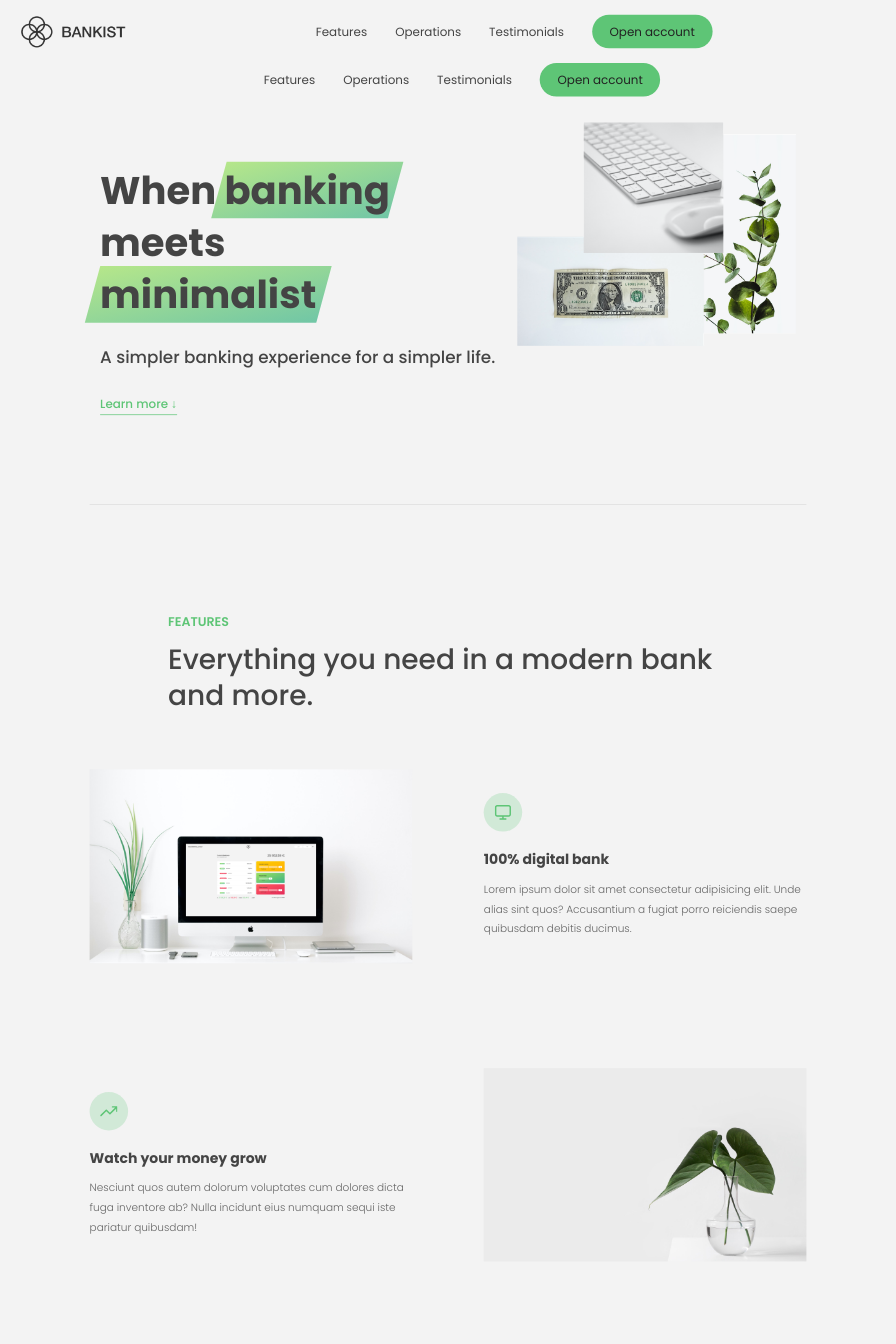
Repository: nptg3105/Bankist
Page: index.html
The author's editor kept a copy of each file at every save. The page is drawn from the files as they stood at one save, then again after the next save.
The browser window is 1280 px wide. The pictures show the part of the page from y = 0 to 1920 px (the page is 5090 px tall), at 70% of full size.
Some web libraries are served in a nearby version.

Above is the page before, as saved 2022-06-02 16:26:44.

### index.html
<!DOCTYPE html>
<html lang="en">
  <head>
    <meta charset="UTF-8" />
    <meta name="viewport" content="width=device-width, initial-scale=1.0" />
    <meta http-equiv="X-UA-Compatible" content="ie=edge" />
    <link rel="shortcut icon" type="image/png" href="images/icon.png" />

    <link
      href="https://fonts.googleapis.com/css?family=Poppins:300,400,500,600&display=swap"
      rel="stylesheet"
    />
    <link
      rel="stylesheet"
      href="https://cdnjs.cloudflare.com/ajax/libs/font-awesome/6.1.1/css/all.min.css"
      integrity="sha512-KfkfwYDsLkIlwQp6LFnl8zNdLGxu9YAA1QvwINks4PhcElQSvqcyVLLD9aMhXd13uQjoXtEKNosOWaZqXgel0g=="
      crossorigin="anonymous"
      referrerpolicy="no-referrer"
    />
    <link rel="stylesheet" href="dist/index.css" />
    <title>Bankist | When Banking meets Minimalist</title>
  </head>
  <body>
    <header class="header">
      <nav class="nav container-fluid">
        <img
          src="images/logo.png"
          alt="Bankist logo"
          class="nav__logo"
          id="logo"
        />
        <ul class="nav__links">
          <li class="nav__item">
            <a class="nav__link" href="#section--1">Features</a>
          </li>
          <li class="nav__item">
            <a class="nav__link" href="#section--2">Operations</a>
          </li>
          <li class="nav__item">
            <a class="nav__link" href="#section--3">Testimonials</a>
          </li>
          <li class="nav__item">
            <a class="nav__link nav__link--btn btn--show-modal" href="#"
              >Open account</a
            >
          </li>
        </ul>

        <div class="nav__hamburger"></div>
      </nav>
      <nav class="nav__mobile">
        <ul class="nav__links">
          <li class="nav__item">
            <a class="nav__link" href="#section--1">Features</a>
          </li>
          <li class="nav__item">
            <a class="nav__link" href="#section--2">Operations</a>
          </li>
          <li class="nav__item">
            <a class="nav__link" href="#section--3">Testimonials</a>
          </li>
          <li class="nav__item">
            <a class="nav__link nav__link--btn btn--show-modal" href="#"
              >Open account</a
            >
          </li>
        </ul>
      </nav>

      <div class="header__title container">
        <h1>
          When
          <!-- Green highlight effect -->
          <span class="highlight">banking</span>
          meets<br />
          <span class="highlight">minimalist</span>
        </h1>
        <h4>A simpler banking experience for a simpler life.</h4>
        <button class="btn--text btn--scroll-to">Learn more &DownArrow;</button>
        <img
          src="images/hero.png"
          class="header__img"
          alt="Minimalist bank items"
        />
      </div>
    </header>

    <section class="section container" id="section--1">
      <div class="section__title">
        <h2 class="section__description">Features</h2>
        <h3 class="section__header">
          Everything you need in a modern bank and more.
        </h3>
      </div>

      <div class="features">
        <div class="features__item">
          <img
            src="images/digital-lazy.jpg"
            data-src="images/digital.jpg"
            alt="Computer"
            class="features__img lazy-img"
          />
          <div class="features__feature">
            <div class="features__icon">
              <svg>
                <use xlink:href="images/icons.svg#icon-monitor"></use>
              </svg>
            </div>
            <h5 class="features__header">100% digital bank</h5>
            <p>
              Lorem ipsum dolor sit amet consectetur adipisicing elit. Unde
              alias sint quos? Accusantium a fugiat porro reiciendis saepe
              quibusdam debitis ducimus.
            </p>
          </div>
        </div>

        <div class="features__item features__item--reverse">
          <img
            src="images/grow-lazy.jpg"
            data-src="images/grow.jpg"
            alt="Plant"
            class="features__img lazy-img"
          />
          <div class="features__feature">
            <div class="features__icon">
              <svg>
                <use xlink:href="images/icons.svg#icon-trending-up"></use>
              </svg>
            </div>
            <h5 class="features__header">Watch your money grow</h5>
            <p>
              Nesciunt quos autem dolorum voluptates cum dolores dicta fuga
              inventore ab? Nulla incidunt eius numquam sequi iste pariatur
              quibusdam!
            </p>
          </div>
        </div>

        <div class="features__item">
          <img
            src="images/card-lazy.jpg"
            data-src="images/card.jpg"
            alt="Credit card"
            class="features__img lazy-img"
          />
          <div class="features__feature">
            <div class="features__icon">
              <svg>
                <use xlink:href="images/icons.svg#icon-credit-card"></use>
              </svg>
            </div>
            <h5 class="features__header">Free debit card included</h5>
            <p>
              Quasi, fugit in cumque cupiditate reprehenderit debitis animi enim
              eveniet consequatur odit quam quos possimus assumenda dicta fuga
              inventore ab.
            </p>
          </div>
        </div>
      </div>
    </section>

    <section class="section container" id="section--2">
      <div class="section__title">
        <h2 class="section__description">Operations</h2>
        <h3 class="section__header">
          Everything as simple as possible, but no simpler.
        </h3>
      </div>

      <div class="operations">
        <div class="operations__tab-container">
          <button
            class="btn operations__tab operations__tab--1 operations__tab--active"
            data-tab="1"
          >
            <span>01</span>Instant Transfers
          </button>
          <button class="btn operations__tab operations__tab--2" data-tab="2">
            <span>02</span>Instant Loans
          </button>
          <button class="btn operations__tab operations__tab--3" data-tab="3">
            <span>03</span>Instant Closing
          </button>
        </div>
        <div
          class="operations__content operations__content--1 operations__content--active"
        >
          <div class="operations__icon operations__icon--1">
            <svg>
              <use xlink:href="images/icons.svg#icon-upload"></use>
            </svg>
          </div>
          <h5 class="operations__header">
            Tranfser money to anyone, instantly! No fees, no BS.
          </h5>
          <p>
            Lorem ipsum dolor sit amet, consectetur adipisicing elit, sed do
            eiusmod tempor incididunt ut labore et dolore magna aliqua. Ut enim
            ad minim veniam, quis nostrud exercitation ullamco laboris nisi ut
            aliquip ex ea commodo consequat.
          </p>
        </div>

        <div class="operations__content operations__content--2">
          <div class="operations__icon operations__icon--2">
            <svg>
              <use xlink:href="images/icons.svg#icon-home"></use>
            </svg>
          </div>
          <h5 class="operations__header">
            Buy a home or make your dreams come true, with instant loans.
          </h5>
          <p>
            Duis aute irure dolor in reprehenderit in voluptate velit esse
            cillum dolore eu fugiat nulla pariatur. Excepteur sint occaecat
            cupidatat non proident, sunt in culpa qui officia deserunt mollit
            anim id est laborum.
          </p>
        </div>
        <div class="operations__content operations__content--3">
          <div class="operations__icon operations__icon--3">
            <svg>
              <use xlink:href="images/icons.svg#icon-user-x"></use>
            </svg>
          </div>
          <h5 class="operations__header">
            No longer need your account? No problem! Close it instantly.
          </h5>
          <p>
            Excepteur sint occaecat cupidatat non proident, sunt in culpa qui
            officia deserunt mollit anim id est laborum. Ut enim ad minim
            veniam, quis nostrud exercitation ullamco laboris nisi ut aliquip ex
            ea commodo consequat.
          </p>
        </div>
      </div>
    </section>

    <section class="section container" id="section--3">
      <div class="section__title section__title--testimonials">
        <h2 class="section__description">Not sure yet?</h2>
        <h3 class="section__header">
          Millions of Bankists are already making their lifes simpler.
        </h3>
      </div>

      <div class="slider">
        <div class="slide slide--1">
          <div class="testimonial">
            <h5 class="testimonial__header">Best financial decision ever!</h5>
            <blockquote class="testimonial__text">
              Lorem ipsum dolor sit, amet consectetur adipisicing elit.
              Accusantium quas quisquam non? Quas voluptate nulla minima
              deleniti optio ullam nesciunt, numquam corporis et asperiores
              laboriosam sunt, praesentium suscipit blanditiis. Necessitatibus
              id alias reiciendis, perferendis facere pariatur dolore veniam
              autem esse non voluptatem saepe provident nihil molestiae.
            </blockquote>
            <address class="testimonial__author">
              <img src="images/user-1.jpg" alt="" class="testimonial__photo" />
              <h6 class="testimonial__name">Aarav Lynn</h6>
              <p class="testimonial__location">San Francisco, USA</p>
            </address>
          </div>
        </div>

        <div class="slide slide--2">
          <div class="testimonial">
            <h5 class="testimonial__header">
              The last step to becoming a complete minimalist
            </h5>
            <blockquote class="testimonial__text">
              Quisquam itaque deserunt ullam, quia ea repellendus provident,
              ducimus neque ipsam modi voluptatibus doloremque, corrupti
              laborum. Incidunt numquam perferendis veritatis neque repellendus.
              Lorem, ipsum dolor sit amet consectetur adipisicing elit. Illo
              deserunt exercitationem deleniti.
            </blockquote>
            <address class="testimonial__author">
              <img src="images/user-2.jpg" alt="" class="testimonial__photo" />
              <h6 class="testimonial__name">Miyah Miles</h6>
              <p class="testimonial__location">London, UK</p>
            </address>
          </div>
        </div>

        <div class="slide slide--3">
          <div class="testimonial">
            <h5 class="testimonial__header">
              Finally free from old-school banks
            </h5>
            <blockquote class="testimonial__text">
              Debitis, nihil sit minus suscipit magni aperiam vel tenetur
              incidunt commodi architecto numquam omnis nulla autem,
              necessitatibus blanditiis modi similique quidem. Odio aliquam
              culpa dicta beatae quod maiores ipsa minus consequatur error sunt,
              deleniti saepe aliquid quos inventore sequi. Necessitatibus id
              alias reiciendis, perferendis facere.
            </blockquote>
            <address class="testimonial__author">
              <img src="images/user-3.jpg" alt="" class="testimonial__photo" />
              <h6 class="testimonial__name">Francisco Gomes</h6>
              <p class="testimonial__location">Lisbon, Portugal</p>
            </address>
          </div>
        </div>

        <!-- <div class="slide"><img src="images/img-1.jpg" alt="Photo 1" /></div>
        <div class="slide"><img src="images/img-2.jpg" alt="Photo 2" /></div>
        <div class="slide"><img src="images/img-3.jpg" alt="Photo 3" /></div>
        <div class="slide"><img src="images/img-4.jpg" alt="Photo 4" /></div> -->
        <button class="slider__btn slider__btn--left">&larr;</button>
        <button class="slider__btn slider__btn--right">&rarr;</button>
        <div class="dots"></div>
      </div>
    </section>

    <section class="section section--sign-up">
      <div class="section__title">
        <h3 class="section__header">
          The best day to join Bankist was one year ago. The second best is
          today!
        </h3>
      </div>
      <button class="btn btn--show-modal">Open your free account today!</button>
    </section>

    <footer class="footer">
      <ul class="footer__nav">
        <li class="footer__item">
          <a class="footer__link" href="#">About</a>
        </li>
        <li class="footer__item">
          <a class="footer__link" href="#">Pricing</a>
        </li>
        <li class="footer__item">
          <a class="footer__link" href="#">Terms of Use</a>
        </li>
        <li class="footer__item">
          <a class="footer__link" href="#">Privacy Policy</a>
        </li>
        <li class="footer__item">
          <a class="footer__link" href="#">Careers</a>
        </li>
        <li class="footer__item">
          <a class="footer__link" href="#">Blog</a>
        </li>
        <li class="footer__item">
          <a class="footer__link" href="#">Contact Us</a>
        </li>
      </ul>
      <img src="images/icon.png" alt="Logo" class="footer__logo" />
      <p class="footer__copyright">
        &copy; Copyright by
        <a
          class="footer__link twitter-link"
          target="_blank"
          href="https://twitter.com/jonasschmedtman"
          >Jonas Schmedtmann</a
        >. Use for learning or your portfolio. Don't use to teach. Don't claim
        as your own product.
      </p>
    </footer>

    <div class="modal hidden">
      <button class="btn--close-modal">&times;</button>
      <h2 class="modal__header">
        Open your bank account <br />
        in just <span class="highlight">5 minutes</span>
      </h2>
      <form class="modal__form">
        <label>First Name</label>
        <input type="text" />
        <label>Last Name</label>
        <input type="text" />
        <label>Email Address</label>
        <input type="email" />
        <button class="btn">Next step &rarr;</button>
      </form>
    </div>
    <div class="overlay hidden"></div>

    <script src="./src/js/script.js"></script>
  </body>
</html>

### src/js/script.js
"use strict";

///////////////////////////////////////
// Modal window

const modal = document.querySelector(".modal");
const overlay = document.querySelector(".overlay");
const btnCloseModal = document.querySelector(".btn--close-modal");
const btnsOpenModal = document.querySelectorAll(".btn--show-modal");

const btnScroll = document.querySelector(".btn--scroll-to");
const section1 = document.querySelector("#section--1");

const tabs = document.querySelectorAll(".operations__tab");
const tabsContainer = document.querySelector(".operations__tab-container");
const tabsContent = document.querySelectorAll(".operations__content");

const nav = document.querySelector(".nav");

const openModal = function (e) {
  e.preventDefault();
  modal.classList.remove("hidden");
  overlay.classList.remove("hidden");
};

const closeModal = function () {
  modal.classList.add("hidden");
  overlay.classList.add("hidden");
};

btnsOpenModal.forEach((btn) => {
  btn.addEventListener("click", openModal);
});

btnCloseModal.addEventListener("click", closeModal);
overlay.addEventListener("click", closeModal);

document.addEventListener("keydown", function (e) {
  if (e.key === "Escape" && !modal.classList.contains("hidden")) {
    closeModal();
  }
});

//Scroll Smooth
btnScroll.addEventListener("click", function () {
  section1.scrollIntoView({ behavior: "smooth" });
});

document.querySelector(".nav__links").addEventListener("click", (e) => {
  e.preventDefault();
  if (e.target.classList.contains("nav__link")) {
    const id = e.target.getAttribute("href");
    document.querySelector(id).scrollIntoView({ behavior: "smooth" });
  }
});

//Tabbed Component
tabsContainer.addEventListener("click", function (e) {
  const clicked = e.target.closest(".operations__tab");
  // console.log(clicked);

  //Remove classes
  tabs.forEach((tab) => {
    tab.classList.remove("operations__tab--active");
  });
  tabsContent.forEach((content) => {
    content.classList.remove("operations__content--active");
  });

  if (!clicked) return;

  //Active class
  clicked.classList.add("operations__tab--active");

  //Active content area
  document
    .querySelector(`.operations__content--${clicked.dataset.tab}`)
    .classList.add("operations__content--active");
});

//Faded nav
function handleHover(e) {
  if (e.target.classList.contains("nav__link")) {
    const link = e.target;
    const siblings = link.closest(".nav__links").querySelectorAll(".nav__link");

    siblings.forEach((element) => {
      if (element !== link) element.style.opacity = this;
    });
  }
}

nav.addEventListener("mouseover", handleHover.bind(0.5));
nav.addEventListener("mouseout", handleHover.bind(1));

//Sticky Nav
const initialCoords = section1.getBoundingClientRect();
const navHeight = nav.getBoundingClientRect().height;
// console.log(navHeight);

window.addEventListener("scroll", function () {
  if (window.scrollY > initialCoords.top - navHeight) {
    nav.classList.add("sticky");
  }
  if (window.scrollY < initialCoords.top) {
    nav.classList.remove("sticky");
  }
});

//Reveal Section
const allSection = document.querySelectorAll(".section");

function revealSection(entries, observer) {
  const [entry] = entries;
  // console.log(entry);
  if (!entry.isIntersecting) return;
  entry.target.classList.remove("section--hidden");
  observer.unobserve(entry.target);
}

const sectionObserver = new IntersectionObserver(revealSection, {
  root: null,
  threshold: 0.15,
});

allSection.forEach((section) => {
  sectionObserver.observe(section);
  section.classList.add("section--hidden");
});

//Lazy-load image
const imgTargets = document.querySelectorAll("img[data-src]");

function loadImg(entries, observer) {
  const [entry] = entries;
  // console.log(entry);

  if (!entry.isIntersecting) return;

  //Replace src with data-src
  entry.target.src = entry.target.dataset.src;

  entry.target.addEventListener("load", () => {
    entry.target.classList.remove("lazy-img");
  });

  observer.unobserve(entry.target);
}

const imgObserver = new IntersectionObserver(loadImg, {
  root: null,
  threshold: 0,
  rootMargin: "-200px",
});

imgTargets.forEach((img) => imgObserver.observe(img));

//Slider
function slider() {
  const slides = document.querySelectorAll(".slide");
  const btnNext = document.querySelector(".slider__btn--right");
  const btnPrev = document.querySelector(".slider__btn--left");
  const dotContainer = document.querySelector(".dots");

  let curSlide = 0;
  const maxSlide = slides.length;

  //Function
  function createDot() {
    slides.forEach((_, i) => {
      dotContainer.insertAdjacentHTML(
        "beforeend",
        `<button class="dots__dot" data-slide=${i}></button>`
      );
    });
  }

  function activeDot(slide) {
    document
      .querySelectorAll(".dots__dot")
      .forEach((dot) => dot.classList.remove("dots__dot--active"));

    document
      .querySelector(`.dots__dot[data-slide="${slide}"]`)
      .classList.add("dots__dot--active");
  }

  function goToSlide(slide) {
    slides.forEach((s, i) => {
      s.style.transform = `translateX(${100 * (i - slide)}%)`;
    });
  }

  function init() {
    goToSlide(0);
    createDot();
    activeDot(0);
  }
  init();

  //Next Slide
  function nextSlide() {
    if (curSlide === maxSlide - 1) {
      curSlide = 0;
    } else {
      curSlide++;
    }

    goToSlide(curSlide);
    activeDot(curSlide);
  }

  //PrevSlide
  function prevSlide() {
    if (curSlide === 0) {
      curSlide = maxSlide - 1;
    } else {
      curSlide--;
    }
    goToSlide(curSlide);
    activeDot(curSlide);
  }

  btnNext.addEventListener("click", nextSlide);
  btnPrev.addEventListener("click", prevSlide);

  document.addEventListener("keydown", function (e) {
    if (e.key === "ArrowLeft") prevSlide();
    e.key === "ArrowRight" && nextSlide();
  });

  dotContainer.addEventListener("click", function (e) {
    if (e.target.classList.contains("dots__dot")) {
      const slide = e.target.dataset.slide;
      goToSlide(slide);
      activeDot(slide);
    }
  });
}

slider();

Loaded but not shown: dist/index.css (library)

After the next save:
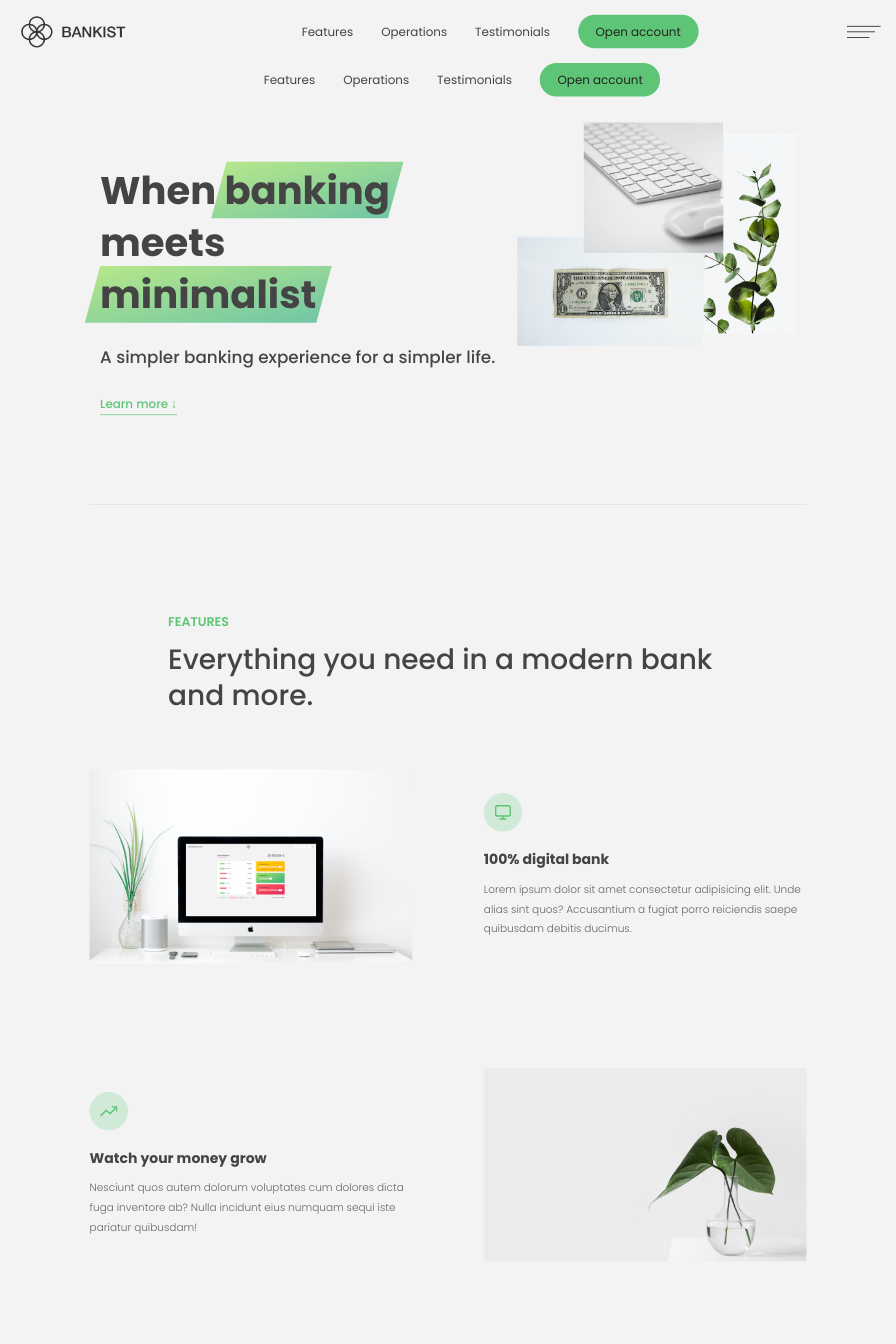
Saved 32 s later.
--- a/index.html
+++ b/index.html
@@ -46,7 +46,9 @@
           </li>
         </ul>
 
-        <div class="nav__hamburger"></div>
+        <div class="nav__hamburger">
+          <span></span>
+        </div>
       </nav>
       <nav class="nav__mobile">
         <ul class="nav__links">
